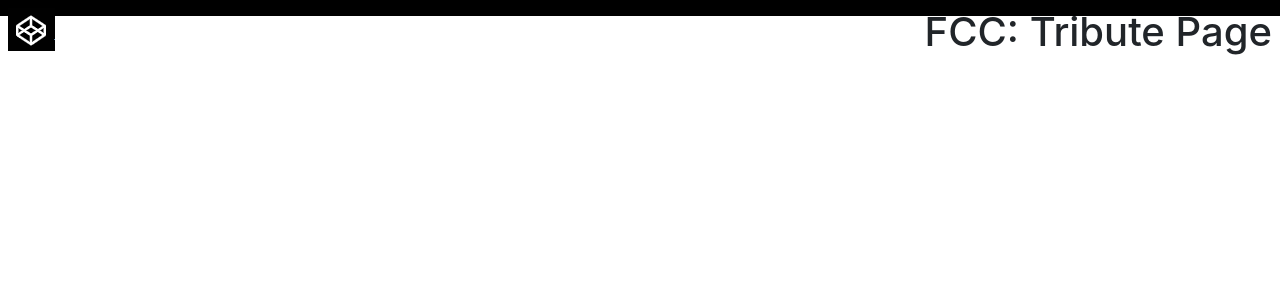
Repository: AbdulWahabRaza123/tributePage
Page: index.html
The author's editor kept a copy of each file at every save. The page is drawn from the files as they stood at one save, then again after the next save.
The browser window is 1280 px wide. The pictures show the whole page.

Above is the page before, as saved 2021-09-02 15:28:30.

After the next save:
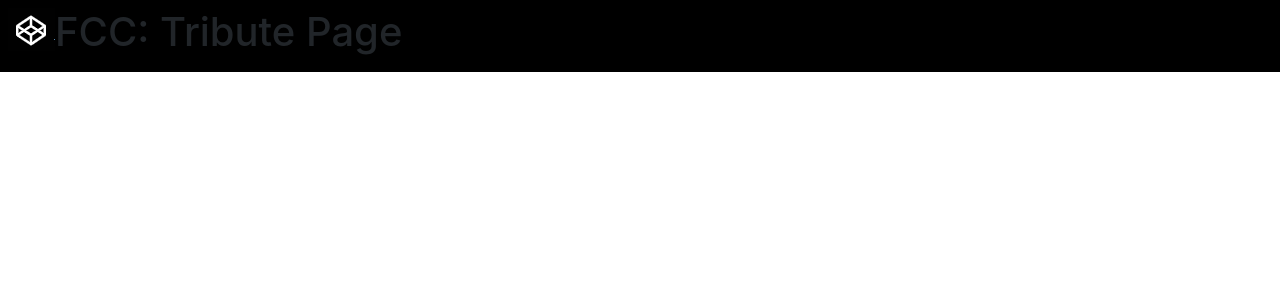
Saved 7 s later.
--- a/new.css
+++ b/new.css
@@ -7,6 +7,4 @@
     float: left;
 }
 
-h1 {
-    float: right;
-}
+h1 {}
